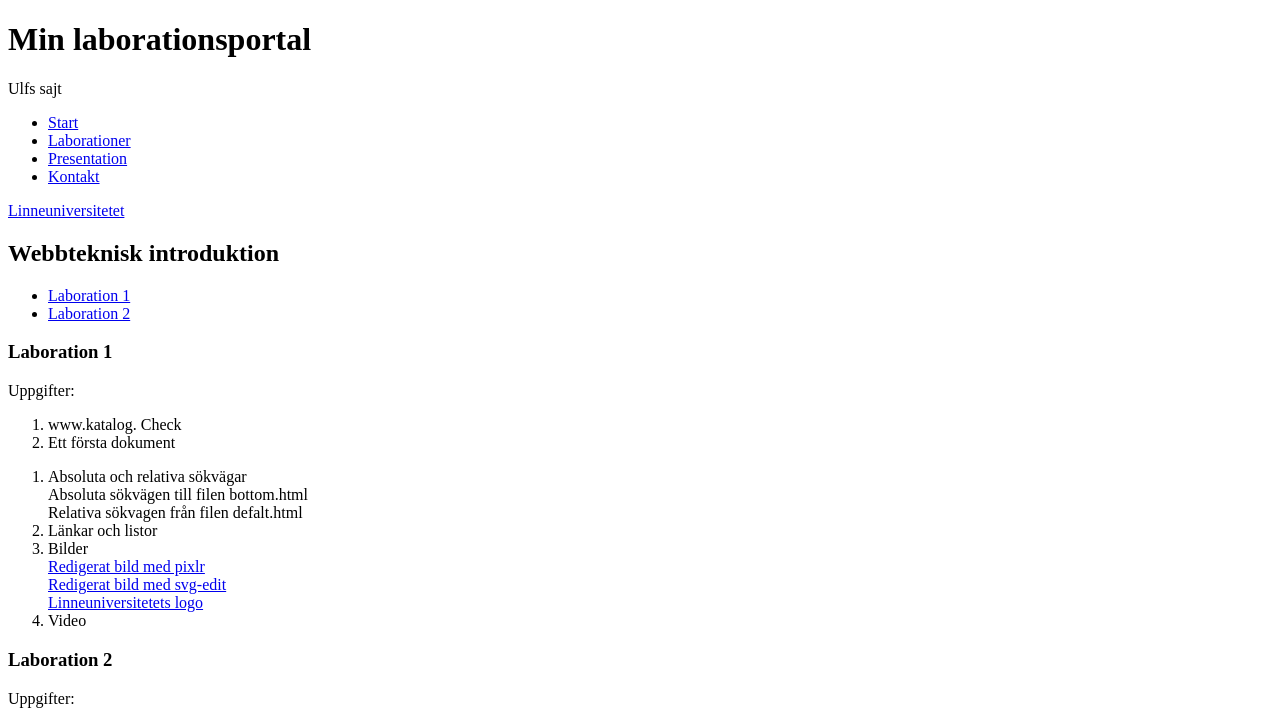
Repository: ulfek/laborationer
Page: pages/laborationer.html
The author's editor kept a record of every edit. The page is drawn from the files as they stood at one moment, then again after the next edit.
The browser window is 1280 px wide. The pictures show the whole page.

Above is the page before.

### pages/laborationer.html
<!doctype html>
    <head>
        <meta charset="utf-8" />
        <title>Laborationer</title>
    </head>
    <body>
        <h1>Min laborationsportal</h1>
        <p>Ulfs sajt</p>
        <ul>
            <li><a href="../index.html">Start</a></li>
            <li><a href="#">Laborationer</a></li>
            <li><a href="presentation.html">Presentation</a></li>
            <li><a href="kontakt.html">Kontakt</a></li>
        </ul>
        <a href="laborationer.html#linneuniversitetet">Linneuniversitetet</a>
        <h2>Webbteknisk introduktion</h2>
        <ul>
            <li><a href="#lab1">Laboration 1</a></li>
            <li><a href= "#lab2">Laboration 2</a></li>
        </ul>
        <h3 id="lab1">Laboration 1</h3>
        Uppgifter:
        <ol>
            <li>www.katalog. Check</li>
            <li>Ett första dokument</li>
        </ol>


        <ol>
            <li>Absoluta och relativa sökvägar</li>
                <div>Absoluta sökvägen till filen bottom.html</div>
                <div>Relativa sökvagen från filen defalt.html</div>
            <li>Länkar och listor</li>
            <li>Bilder</li>
            <div><a href="http://pixlr.com>">Redigerat bild med pixlr</a></div>
            <div><a href="http://svg-edit.googlecode.com/svn/trunk/editor/svg-editor.html">Redigerat bild med svg-edit</a></div>
            <a href="../pics/logo_linneuniversitetet_test.png">Linneuniversitetets logo</a>
            <li>Video</li>
        </ol>
        <h3 id="lab2">Laboration 2</h3>
        Uppgifter:
    </body>
</html>

After the next edit:
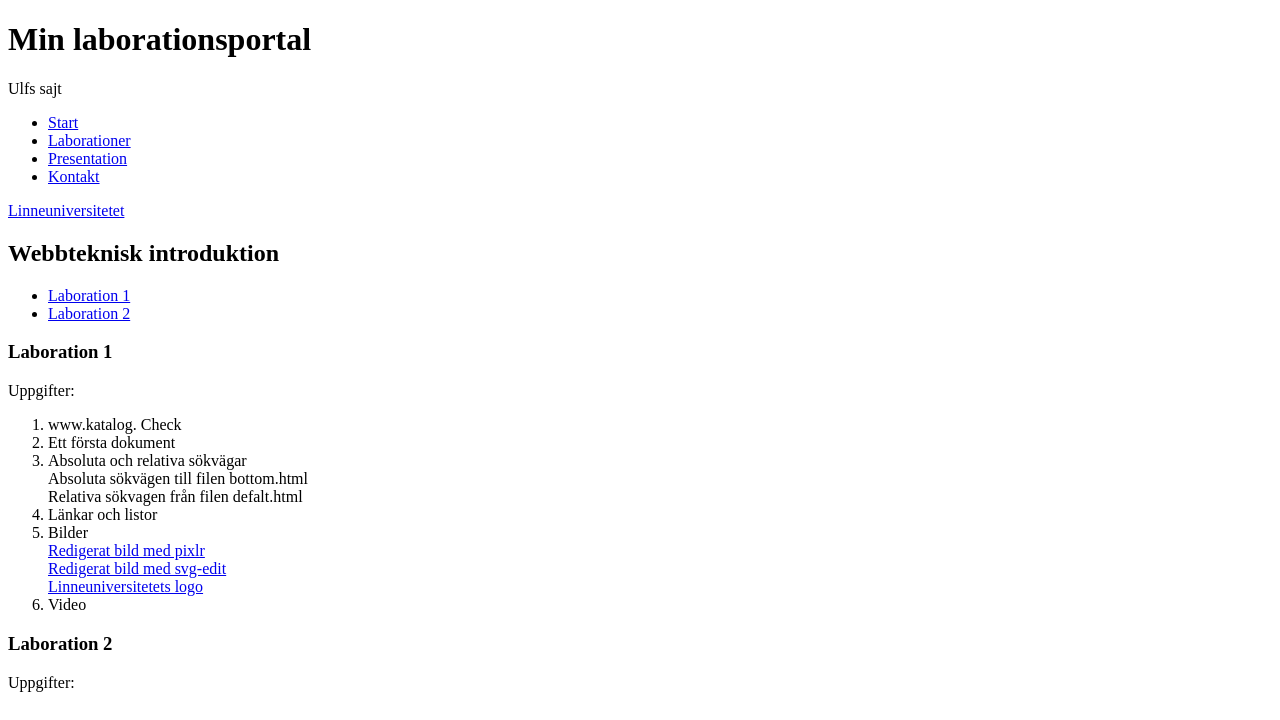
The edit:
--- a/pages/laborationer.html
+++ b/pages/laborationer.html
@@ -23,10 +23,6 @@
         <ol>
             <li>www.katalog. Check</li>
             <li>Ett första dokument</li>
-        </ol>
-
-
-        <ol>
             <li>Absoluta och relativa sökvägar</li>
                 <div>Absoluta sökvägen till filen bottom.html</div>
                 <div>Relativa sökvagen från filen defalt.html</div>
